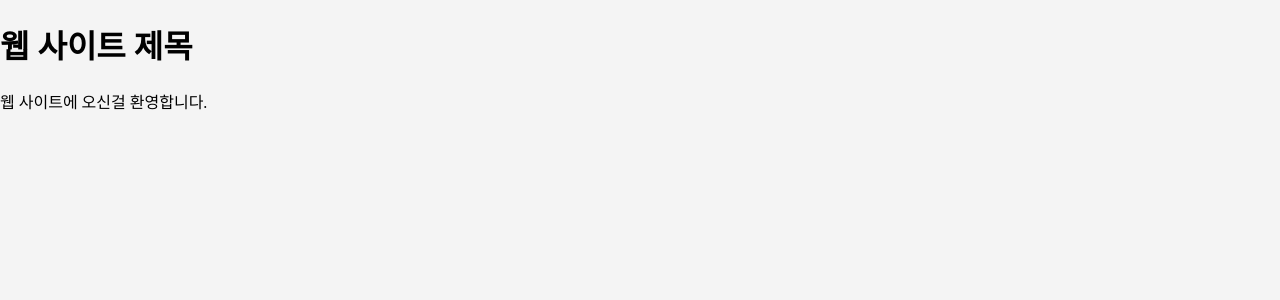
Repository: rjswh0503/SpringBoot-workspace
Page: springTestProject-2/src/main/resources/static/header.html
The author's editor kept a copy of each file at every save. The page is drawn from the files as they stood at one save, then again after the next save.
The browser window is 1280 px wide. The pictures show the whole page.

Above is the page before, as saved 2023-11-21 05:25:22.

After the next save:
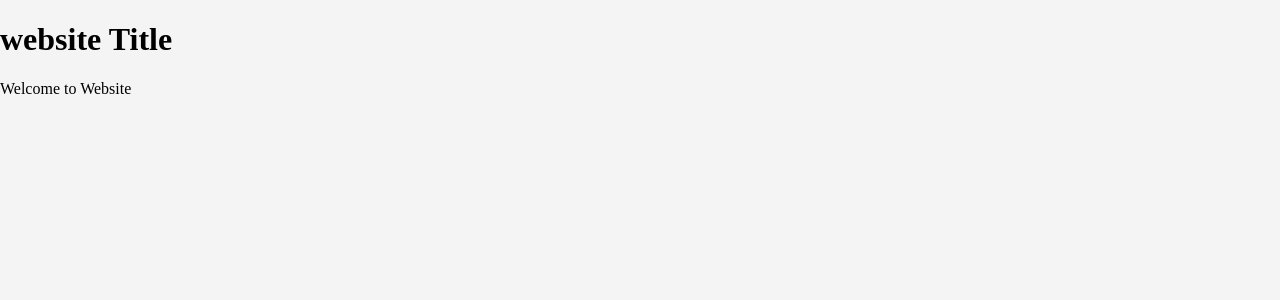
Saved 3 min 49 s later.
--- a/springTestProject-2/src/main/resources/static/header.html
+++ b/springTestProject-2/src/main/resources/static/header.html
@@ -12,8 +12,8 @@
 				background-color: #f4f4f4;
 			}
 		</style>
-		<h1> 웹 사이트 제목</h1>
-		<p>웹 사이트에 오신걸 환영합니다.</p>
+		<h1> website Title</h1>
+		<p>Welcome to Website</p>
 
 	</body>
 </html>
